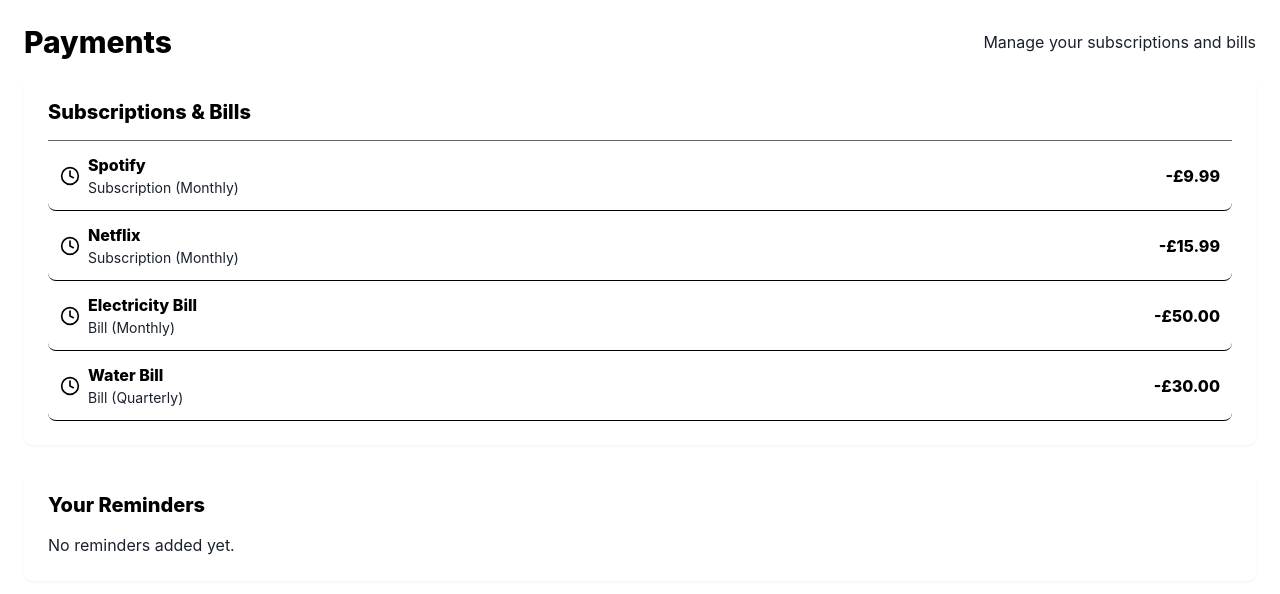
Repository: ellamcmorrow/banking-reminder
Page: /reminder
These files come from the project's save history. The page is drawn as it stood at one moment and after the next save; the edit follows.
The browser window is 1280 px wide. The pictures show the whole page.
The project was rebuilt for these pictures with package versions that can differ from the ones it lists, and the page was loaded fresh each time. The framework's server and built-in components were replaced by stand-ins that run in the browser. Also part of the build but not shown: next.config.js.

Above is the page before, as saved 2024-12-01 18:36:27.

### src/pages/_app.tsx
import type { AppProps } from "next/app";
import { ChakraProvider, extendTheme } from "@chakra-ui/react";

// you can extend the theme and add custom colors, font styles, etc.
const colors = {
  greenDark: "#003d2d",
  greenLight: "#2f7d66",
  white: "#ffffff",
  offWhite: "#f8f8f8",
  darkGray: "#333333",
  black: "#000000",
};

const fontWeights = {
  normal: 400,
  medium: 600,
  bold: 800,
};

const fontFamily = {
  base: "GT Ultra Standard",
  bold: "GT Ultra Median",
};

const breakpoints = {
  sm: "320px",
  md: "768px",
  lg: "960px",
  xl: "1200px",
};

export const theme = extendTheme({
  colors,
  fontWeights,
  fontFamily,
  breakpoints,
});

function MyApp({ Component, pageProps }: AppProps) {
  return (
    <ChakraProvider theme={theme}>
      <Component {...pageProps} />
    </ChakraProvider>
  );
}

export default MyApp;

### src/pages/reminder.tsx
import {
  Box,
  Heading,
  VStack,
  HStack,
  Input,
  Button,
  FormControl,
  FormLabel,
  Select,
  Text,
  useToast,
  Flex,
  Divider,
  Icon,
  SimpleGrid,
  useDisclosure,
  Modal,
  ModalOverlay,
  ModalContent,
  ModalHeader,
  ModalBody,
  ModalFooter,
} from "@chakra-ui/react";
import { FiClock } from "react-icons/fi";
import { useState } from "react";

type Reminder = {
  title: string;
  date: string;
  category: string;
};

type Payment = {
  id: number;
  name: string;
  amount: string;
  type: "Subscription" | "Bill";
  frequency: string;
};

export default function ReminderPage() {
  const { isOpen, onOpen, onClose } = useDisclosure();
  const [reminder, setReminder] = useState<Reminder>({
    title: "",
    date: "",
    category: "",
  });
  const [remindersList, setRemindersList] = useState<Reminder[]>([]);
  const [selectedPayment, setSelectedPayment] = useState<Payment | null>(null);

  const [payments] = useState<Payment[]>([
    {
      id: 1,
      name: "Spotify",
      amount: "-£9.99",
      type: "Subscription",
      frequency: "Monthly",
    },
    {
      id: 2,
      name: "Netflix",
      amount: "-£15.99",
      type: "Subscription",
      frequency: "Monthly",
    },
    {
      id: 3,
      name: "Electricity Bill",
      amount: "-£50.00",
      type: "Bill",
      frequency: "Monthly",
    },
    {
      id: 4,
      name: "Water Bill",
      amount: "-£30.00",
      type: "Bill",
      frequency: "Quarterly",
    },
  ]);

  const toast = useToast();

  const handleSetReminder = () => {
    if (!reminder.title || !reminder.date || !reminder.category) {
      toast({
        title: "Error",
        description: "All fields are required!",
        status: "error",
        duration: 3000,
        isClosable: true,
      });
      return;
    }

    setRemindersList((prev) => [...prev, reminder]);
    setReminder({ title: "", date: "", category: "" });
    onClose();

    toast({
      title: "Success",
      description: "Reminder added successfully!",
      status: "success",
      duration: 3000,
      isClosable: true,
    });
  };

  const handleOpenDialog = (payment: Payment) => {
    setSelectedPayment(payment);
    setReminder({
      title: `Pay ${payment.name}`,
      date: "",
      category: payment.type,
    });
    onOpen();
  };

  return (
    <Box bg="grayLight" minH="100vh" p={6}>
      <Flex justifyContent="space-between" alignItems="center" mb={4}>
        <Heading size="lg" color="black">
          Payments
        </Heading>
        <Text fontSize="md" color="grayDark">
          Manage your subscriptions and bills
        </Text>
      </Flex>

      {/* Subscriptions and Bills */}
      <Box bg="white" p={6} borderRadius="lg" boxShadow="sm">
        <Heading size="md" mb={4} color="black">
          Subscriptions & Bills
        </Heading>
        <Divider borderColor="black" />
        {payments.map((payment) => (
          <HStack
            key={payment.id}
            justifyContent="space-between"
            py={3}
            borderBottom="1px solid"
            borderColor="black"
            cursor="pointer"
            onClick={() => handleOpenDialog(payment)}
            p={3}
            borderRadius="lg"
            _hover={{
              bg: "black",
              color: "white",
            }}
            _active={{
              bg: "grayDark",
              color: "white",
            }}
          >
            <HStack>
              <Icon as={FiClock} boxSize={5} color="black" />
              <VStack align="start" spacing={0}>
                <Text fontWeight="bold" color="black">
                  {payment.name}
                </Text>
                <Text fontSize="sm" color="grayDark">
                  {payment.type} ({payment.frequency})
                </Text>
              </VStack>
            </HStack>
            <Text color="black" fontWeight="bold">
              {payment.amount}
            </Text>
          </HStack>
        ))}
      </Box>

      {/* Reminder Modal */}
      <Modal isOpen={isOpen} onClose={onClose}>
        <ModalOverlay />
        <ModalContent>
          <ModalHeader>Set a Reminder</ModalHeader>
          <ModalBody>
            <FormControl mb={4}>
              <FormLabel>Title</FormLabel>
              <Input
                name="title"
                value={reminder.title}
                onChange={(e) =>
                  setReminder({ ...reminder, title: e.target.value })
                }
              />
            </FormControl>
            <FormControl mb={4}>
              <FormLabel>Date</FormLabel>
              <Input
                type="date"
                name="date"
                value={reminder.date}
                onChange={(e) =>
                  setReminder({ ...reminder, date: e.target.value })
                }
              />
            </FormControl>
            <FormControl mb={4}>
              <FormLabel>Category</FormLabel>
              <Select
                name="category"
                value={reminder.category}
                onChange={(e) =>
                  setReminder({ ...reminder, category: e.target.value })
                }
              >
                <option value="Subscription">Subscription</option>
                <option value="Bill">Bill</option>
              </Select>
            </FormControl>
          </ModalBody>
          <ModalFooter>
            <Button
              bg="greenDark"
              color="white"
              mr={3}
              onClick={handleSetReminder}
            >
              Set Reminder
            </Button>
            <Button variant="outline" onClick={onClose}>
              Cancel
            </Button>
          </ModalFooter>
        </ModalContent>
      </Modal>

      {/* Reminders List */}
      <Box bg="white" mt={6} p={6} borderRadius="lg" boxShadow="sm">
        <Heading size="md" mb={4} color="black">
          Your Reminders
        </Heading>
        {remindersList.length > 0 ? (
          <SimpleGrid columns={1} spacing={4}>
            {remindersList.map((r, index) => (
              <Box
                key={index}
                p={4}
                borderWidth={1}
                borderRadius="lg"
                bg="grayLight"
              >
                <Text fontWeight="bold" color="black">
                  {r.title}
                </Text>
                <Text color="black">Date: {r.date}</Text>
                <Text color="black">Category: {r.category}</Text>
              </Box>
            ))}
          </SimpleGrid>
        ) : (
          <Text color="grayDark">No reminders added yet.</Text>
        )}
      </Box>
    </Box>
  );
}

After the next save:
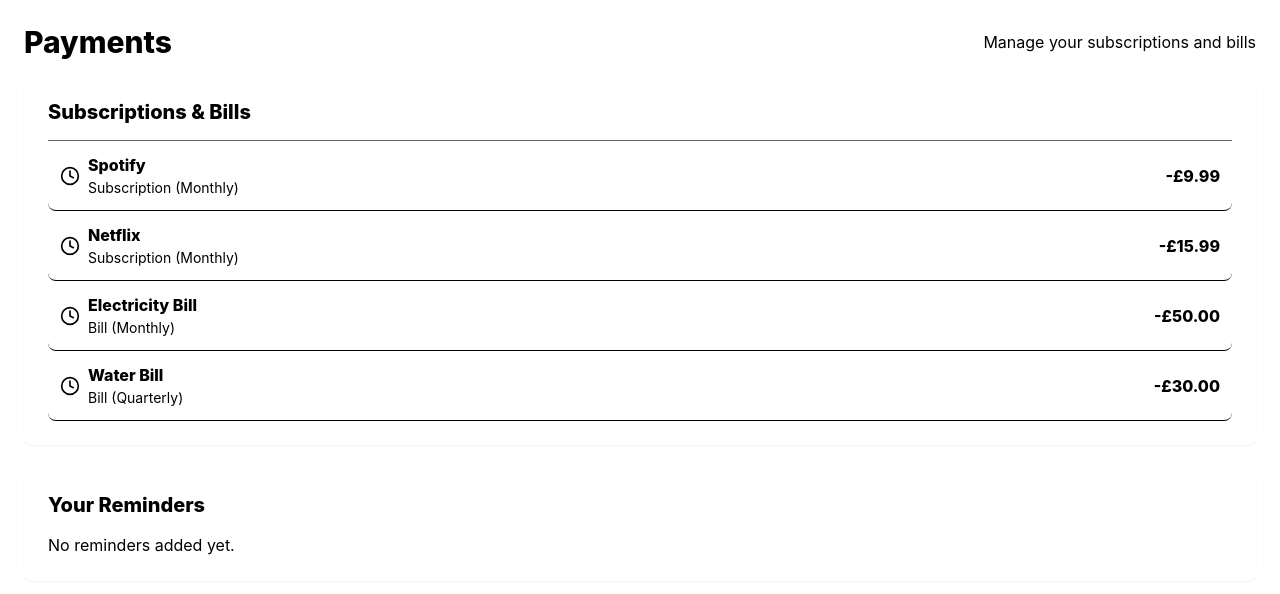
Saved 10 s later.
--- a/src/pages/reminder.tsx
+++ b/src/pages/reminder.tsx
@@ -123,7 +123,7 @@ export default function ReminderPage() {
         <Heading size="lg" color="black">
           Payments
         </Heading>
-        <Text fontSize="md" color="grayDark">
+        <Text fontSize="md" color="black">
           Manage your subscriptions and bills
         </Text>
       </Flex>
@@ -150,7 +150,7 @@ export default function ReminderPage() {
               color: "white",
             }}
             _active={{
-              bg: "grayDark",
+              bg: "black",
               color: "white",
             }}
           >
@@ -160,7 +160,7 @@ export default function ReminderPage() {
                 <Text fontWeight="bold" color="black">
                   {payment.name}
                 </Text>
-                <Text fontSize="sm" color="grayDark">
+                <Text fontSize="sm" color="black">
                   {payment.type} ({payment.frequency})
                 </Text>
               </VStack>
@@ -253,7 +253,7 @@ export default function ReminderPage() {
             ))}
           </SimpleGrid>
         ) : (
-          <Text color="grayDark">No reminders added yet.</Text>
+          <Text color="black">No reminders added yet.</Text>
         )}
       </Box>
     </Box>
